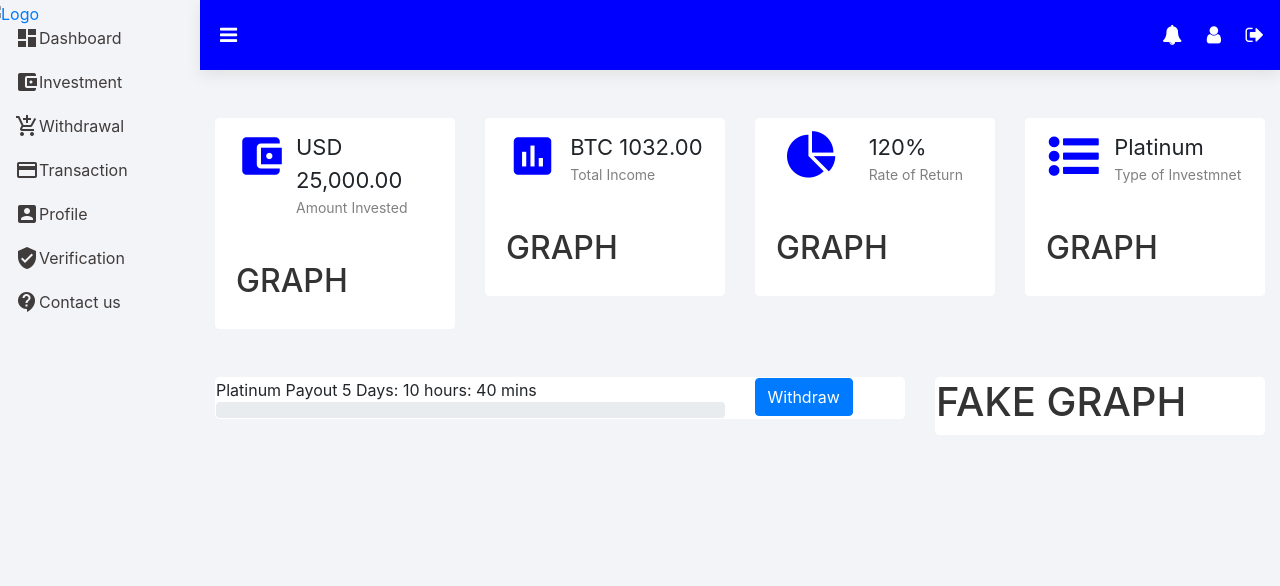
Repository: latenightsnacc/Static-Web-Projects
Page: investment-site/index.html
These files come from the project's save history. The page is drawn as it stood at one moment and after the next save; the edit follows.
The browser window is 1280 px wide. The pictures show the whole page.
Some web libraries are served in a nearby version. The style sheet was rebuilt from its Sass, Less or Tailwind sources for each picture, by a compiler version that may differ from the author's.

Above is the page before, as saved 2020-07-31 09:31:24.
Console error (its wording comes from the project's code and is left out).

After the next save:
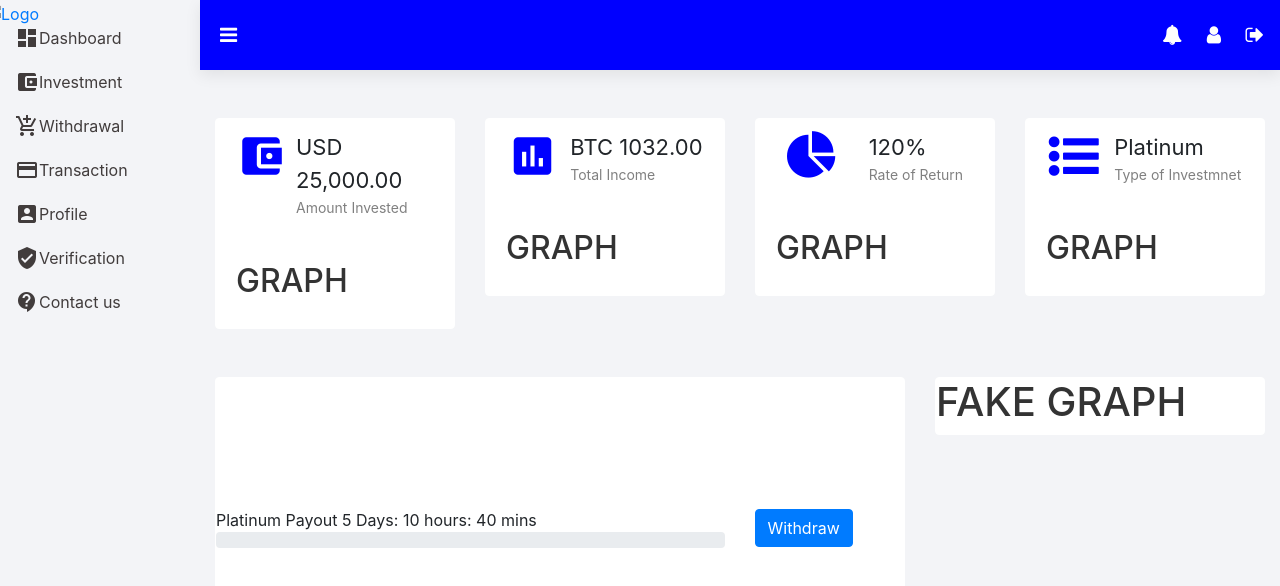
Saved 93 s later.
--- a/investment-site/stylesheet.scss
+++ b/investment-site/stylesheet.scss
@@ -97,6 +97,10 @@ body,html {
             color: grey;
         }
     }
+}
 
-
+.card-container {
+    display: flex;
+    height: 300px;
+    align-items: center;
 }
